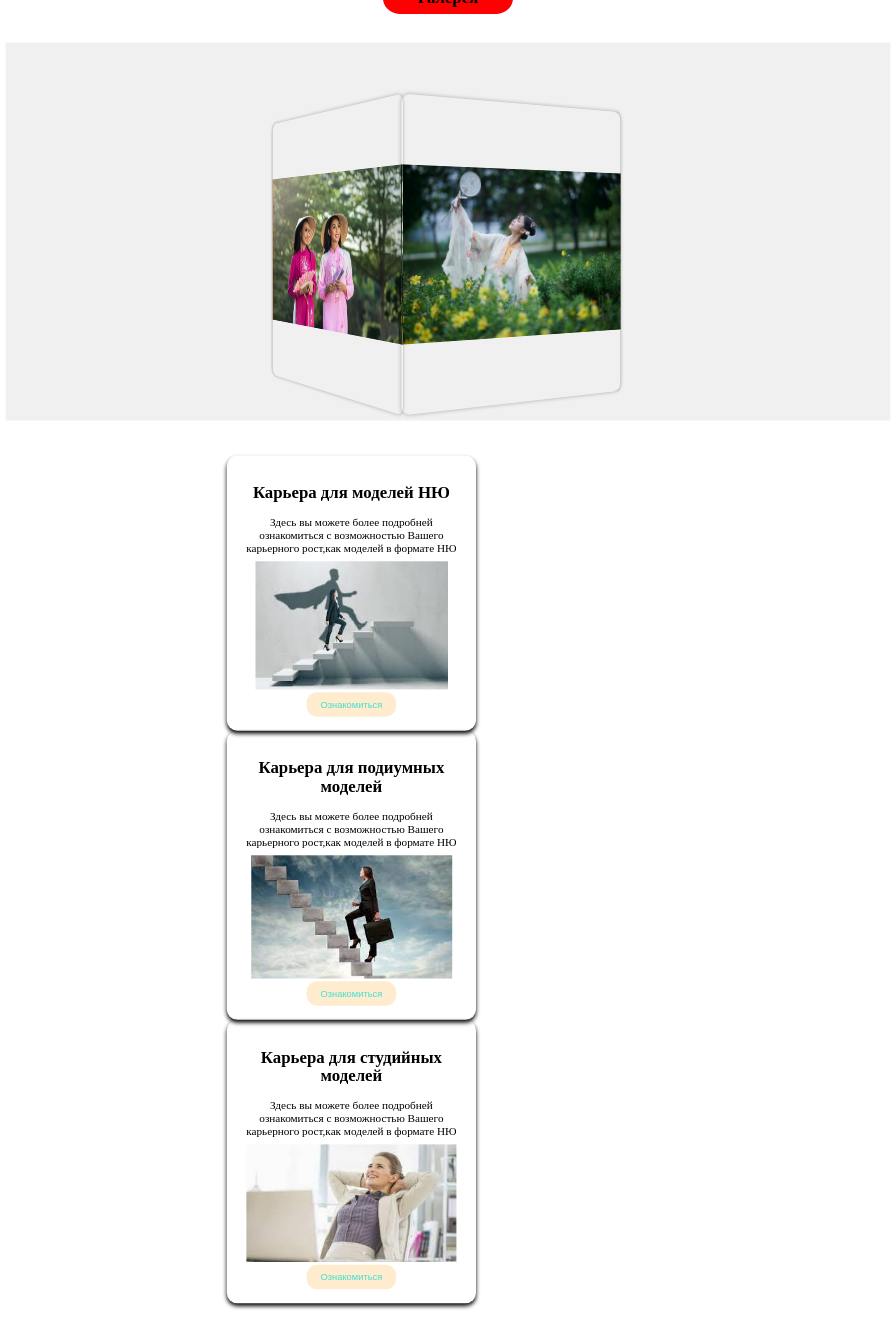
Repository: qtqqrdy13/model-studio
Page: index.html
These files come from the project's save history. The page is drawn as it stood at one moment and after the next save; the edit follows.
The browser window is 1280 px wide. The pictures show the part of the page from y = 1917 to 3837 px (the page is 3837 px tall before and 3757 px after), at 70% of full size.
A picture or video elsewhere on the page could not be fetched, so the positions and the page height are approximate.

Above is the page before, as saved 2023-09-01 13:56:20.

### index.html
<!DOCTYPE html>
<html lang="RU">

<head>
    <meta charset="UTF-8">
    <meta name="viewport" content="width=device-width, initial-scale=1.0">
    <title>model studio</title>
    <link rel="stylesheet" type="text/css" href="style.css">
</head>

<body>
    <header class="header">
        <div class="conteiner">
            <div class="header_inner">
                <div class="header_logo">
                    MS15
                </div>
                <nav class="nav">
                    <a class="nav_link" href="#">Про нас</a>
                    <a class="nav_link" href="#">Для моделей</a>
                    <a class="nav_link" href="#">Галерея</a>
                    <a class="nav_link" href="#">Карьера</a>
                    <a class="nav_link" href="#">Услуги</a>
                    <a class="nav_link" href="#">Контакты</a>
                </nav>
            </div>
        </div>
    </header>

    <div class="intro">
        <div class="intro__inner">
            <h2 class="intro_suptitle">
                Добро пожаловать!
            </h2>
            <h1 class="intro_title">
                На наш сайт
            </h1>
            <a class="button">
                Читать далее
            </a>
        </div>
        <img src="../java/img/ответственная-стильная-девушка-отдающая-приветствие-слушая-порядок-217387674.webp" alt="">

    </div>
    <div id="about_us">
        <div class="announcement">
            <h2 class="title">
                Про нас
            </h2>
        </div>
    </div>
    <div class="welcome_conteiner">
        <div class="text_content">
            <h1>
                МЫ СУПЕР НОВАЯ КРУТАЯ МОДЕЛЬНАЯ СТУДИЯ
            </h1>
            <p>
                Lorem ipsum dolor sit amet consectetur adipiscing elit mollis interdum, ac parturient magnis ultricies
                congue gravida nulla vivamus sem, purus maecenas id vestibulum odio aptent facilisis ante. Finibus mi
                enim porta tristique ipsum conubia viverra bibendum praesent, rhoncus pellentesque senectus vestibulum
                odio ornare curabitur feugiat nec dictum, montes nascetur fringilla netus efficitur himenaeos elementum
                facilisis. Amet purus commodo vel nullam vulputate non mi sagittis ac, malesuada vehicula varius
                phasellus tristique tempor ullamcorper facilisis, sem quisque morbi consequat curae imperdiet eros
                libero.
            </p>
            <a class="clicker" href="#">
                Читать дальше
            </a>
        </div>
        <div class="image_content">
            <img src="../ргн.png">
        </div>
    </div>
    <div id="for_models">
        <div class="announcement">
            <h2 class="title">
                Для моделей
            </h2>
        </div>
    </div>
    <div class="wrapper">
        <div class="block">
            <img src="../java/img/Без названия (1).jpg">
            <div class="information">
                <h1>
                    Хочу Вас познакомить с шикарными девушками которые готовы работать в формате nu.
                </h1>
                <p>
                    Тыкайте сюда.
                </p>
                <a href="#" class="btn">
                    Далее
                </a>
            </div>
        </div>
        <div class="block">
            <img src="../java/img/Без названия (2).jpg">
            <div class="information">
                <h1>
                    Хочу Вас познакомить с шикарными девушками которые готовы работать в формате nu.
                </h1>
                <p>
                    Тыкайте сюда.
                </p>
                <a href="#" class="btn">
                    Далее
                </a>
            </div>
        </div>
        <div class="block">
            <img src="../java/img/Без названия (3).jpg">
            <div class="information">
                <h1>
                    Хочу Вас познакомить с шикарными девушками которые готовы работать в формате nu.
                </h1>
                <p>
                    Тыкайте сюда.
                </p>
                <a href="#" class="btn">
                    Далее
                </a>
            </div>
        </div>
        <div class="block">
            <img src="../java/img/images.jpg">
            <div class="information">
                <h1>
                    Хочу Вас познакомить с шикарными девушками которые готовы работать в формате nu.
                </h1>
                <p>
                    Тыкайте сюда.
                </p>
                <a href="#" class="btn">
                    Далее
                </a>
            </div>
        </div>
        <div class="block">
            <img src="../java/img/images (1).jpg">
            <div class="information">
                <h1>
                    Хочу Вас познакомить с шикарными девушками которые готовы работать в формате nu.
                </h1>
                <p>
                    Тыкайте сюда.
                </p>
                <a href="#" class="btn">
                    Далее
                </a>
            </div>
        </div>
        <div class="block">
            <img src="../java/img/images (2).jpg">
            <div class="information">
                <h1>
                    Хочу Вас познакомить с шикарными девушками которые готовы работать в формате nu.
                </h1>
                <p>
                    Тыкайте сюда.
                </p>
                <a href="#" class="btn">
                    Далее
                </a>
            </div>
        </div>
    </div>
    <div id="gallery">
        <div class="announcement">
            <h2 class="title">
                Галерея
            </h2>
        </div>
    </div>
    <div class="carusel-conteiner">
        <div class="carusel">
            <div class="slide">
                <img src="../java/img/q.webp">
            </div>
            <div class="slide">
                <img src="../java/img/w.jpg">
            </div>
            <div class="slide">
                <img src="../java/img/e.jpg">
            </div>
            <div class="slide">
                <img src="../java/img/r.jpg">
            </div>
            <div class="slide">
                <img src="../java/img/t.jpg">
            </div>
        </div>
    </div>
    </div>

    <div class="suction">

        <div class="category">
            <h2>
                Карьера для моделей НЮ
            </h2>
            <p>
                Здесь вы можете более подробней ознакомиться с возможностью Вашего карьерного рост,как моделей в формате
                НЮ
            </p>
            <img src="../java/img/kariera2.jpg" alt="image1">
            <button class="baton">
                Ознакомиться
            </button>
        </div>
        <div class="category">
            <h2>
                Карьера для подиумных моделей
            </h2>
            <p>
                Здесь вы можете более подробней ознакомиться с возможностью Вашего карьерного рост,как моделей в формате
                НЮ
            </p>
            <img src="../java/img/kariera.jpg" alt="image2">
            <button class="baton">
                Ознакомиться
            </button>
        </div>
        <div class="category">
            <h2>
                Карьера для студийных моделей
            </h2>
            <p>
                Здесь вы можете более подробней ознакомиться с возможностью Вашего карьерного рост,как моделей в формате
                НЮ
            </p>
            <img src="../java/img/kariera3.jpg" alt="image3">
            <button class="baton">
                Ознакомиться
            </button>
        </div>
    </div>
</body>

</html>

### style.css
.header {
    background-color: burlywood;
    color: black;
    padding: 5px;
}

.conteiner {
    max-width: 1200px;
    margin: 0 auto;
}

.header_inner {
    display: flex;
    justify-content: space-between;
    align-items: center;
}

.header_logo {
    font-size: 24px;
    font-weight: bold;
}

.nav {
    display: flex;
}

.nav_link {
    margin-left: 30px;
    text-decoration: none;
    color: black;
    transition: color 0.3s ease;
    align-items: flex-end;
    justify-content: space-between;
}

.nav_link:hover {
    color: crimson;
    font-size: 20px;

}

.nav_link::before {
    position: absolute;
    width: 100%;
    background-color: deeppink;
    transform: scaleX(0);
    transition: transform 0.3s ease;

}

.nav.link:hover::before {
    transform: scaleX(1);
}

.announcement {
    height: 3px;
    background-color: darkmagenta;
    display: flex;
    justify-content: center;
    align-items: center;
    margin: 2% 2%;
}

.title {
    animation-name: fade-in;
    animation-duration: 0.3s;
    text-align: center;
    text-decoration: none;
    color: black;
    background-color: red;
    border-radius: 30px;
    padding: 10px 50px;
}

.title:hover {
    background-color: cadetblue;
    color: coral;
    font-size: 24px;
}

@keyframes fade-in {
    from {
        opacity: 0;
    }

    to {
        opacity: 1;
    }
}

.intro {
    position: relative;
    width: 100%;
    height: auto;
    display: flex;
    align-items: center;
    justify-content: center;
    overflow: hidden;



}

.intro img {
    width: 100%;
    height: auto;
    top: 0;
    left: 0;
    animation: fade-in 1s ease-in-out;
    z-index: -1;
    position: relative;
    display: inline-block;

}

.intro__inner {
    text-align: center;
    z-index: 1;
    position: absolute;
    top: 50%;
    left: 50%;
    transform: translate(-50% -50%);



}

.intro_suptitle {
    font-size: 24px;
    color: aqua;
    margin-bottom: 20px;

}

.intro_title {
    font-size: 18px;
    color: blanchedalmond;
    margin-bottom: 20px;
}

.button {
    display: inline-block;
    padding: 10px 18px;
    background-color: azure;
    color: fuchsia;
    font-size: 16px;
    text-decoration: none;
    border-radius: 5px;
}

.button:hover {
    background-color: antiquewhite;
    color: beige;
    font-size: 24px;
}

@keyframes fade-in {
    from {
        opacity: 0;
    }

    to {
        opacity: 1;
    }

}

.wrapper {
    display: flex;
    flex-wrap: wrap;
    justify-content: space-evenly;
    margin-top: 5%;

}

.block {
    width: calc(30.33% - 20px);
    margin: 10px;
    position: relative;
    overflow: hidden;
    border-radius: 10px;
    box-shadow: 0 0 5px black;



}

.block:hover {
    box-shadow: 0 0 10px black;
    transform: scale(0.9);
}

.block:hover img {
    transform: scale(1.1);
}

.block img {
    width: 100%;
    height: auto;
    object-fit: cover;

}

.information {
    position: absolute;
    bottom: 0;
    left: 0;
    width: 100%;
    padding: 15px;
    background-color: grey;
    color: red;
    opacity: 0;
    transition: opacity 0.3s ease-in-out;
}

.information h1,
p {
    margin: 0;
    padding: 0;
}

.block:hover .information {
    opacity: 1;
}

.btn {
    display: inline-block;
    padding: 10px 20px;
    background-color: brown;
    color: navy;
    text-decoration: none;
    border-radius: 15px;
    margin-top: 5px;
}

.btn:hover {
    background-color: green;
    color: pink;

}

.carusel-conteiner {
    perspective: 1000px;
    display: flex;
    justify-content: center;
    align-items: center;
    height: 75vh;
    background-color: #f0f0f0;
    margin-top: 5%;
}

.carusel {
    width: 300px;
    height: 300px;
    position: relative;
    margin: auto;
    transform-style: preserve-3d;
    animation: rotate 15s infinite linear;
    transform: translateZ(-200px);
}

.slide {
    width: 293px;
    height: 350px;
    position: absolute;
    display: flex;
    justify-content: center;
    align-items: center;
    background-color: #f0f0f0;
    box-shadow: 0px 0px 5px rgba(0, 0, 0, 0.3);
    transform-origin: center center;
    border-radius: 10px;
}

.slide img {
    max-width: 100%;
    max-height: 100%;

}

.slide:nth-child(1) {
    transform: rotateY(0deg) translateZ(200px);
}

.slide:nth-child(2) {
    transform: rotateY(72deg) translateZ(200px);
}

.slide:nth-child(3) {
    transform: rotateY(144deg) translateZ(200px);
}

.slide:nth-child(4) {
    transform: rotateY(216deg) translateZ(200px);
}

.slide:nth-child(5) {
    transform: rotateY(288deg) translateZ(200px);
}

@keyframes rotate {

    0%,
    100% {
        transform: rotateY(0deg);
    }

    20% {
        transform: rotateY(-72deg);
    }

    40% {
        transform: rotateY(-144deg);
    }

    60% {
        transform: rotateY(-216deg);
    }

    80% {
        transform: rotateY(-288deg);
    }
}

.welcome_conteiner {
    display: flex;
    align-items: center;
    justify-content: space-between;
    max-width: 1200px;
    margin: 0 auto;
    padding: 50px;
    background-color: bisque;
    box-shadow: 0px 3px 10px black;
    font-family: 'Gill Sans', 'Gill Sans MT', Calibri, 'Trebuchet MS', sans-serif;
}

.text-content {
    flex: 1;
    padding: 20px;
}

.text-content h1 {
    font-size: 36px;
    margin-bottom: 10px;
}

.text-content p {
    font-size: 18px;
    color: darkblue;
    margin-bottom: 20px;
}

.clicker {
    display: inline-block;
    padding: 10px 20px;
    background-color: navy;
    border-radius: 5px;
    color: gold;
    text-decoration: none;
    transition: background-color 0.3s ease;
    margin-top: 20px;
}

.clicker:hover {
    background-color: gold;
    color: navy;
}

.image_content {
    max-width: 100%;
    height: auto;
    animation: floatAnimation 0.3s infinite;
}

@keyframes floatAnimation {

    0%,
    100% {
        transform: translateY(0);
    }

    50% {
        transform: translateY(-10px);
    }

}

@media (max-width:768px) {
    .welcome_conteiner {
        flex-direction: column;
        text-align: center;
    }

    .image_content {
        margin-top: 20px;
    }
}

.category {
    width: 50%;
    padding: 20px;
    margin: o auto 20px;
    border-radius: 15px;
    box-shadow: 0 4px 6px black;
    transition: transform 0.2s, box-shadow 0.2s;

}

.category:hover {
    transform: translateY(-5px);
    box-shadow: 0 6px 8px black;
}

.category img {
    max-width: 100%;
    height: auto;
    margin-top: 10px;
}

.baton {
    display: inline-block;
    background-color: blanchedalmond;
    color: turquoise;
    border-radius: 15px;
    padding: 10px 20px;
    border: none;
    cursor: pointer;
}

.baton:hover {
    background-color: turquoise;
    color: blanchedalmond;

}

.suction {
    text-align: center;
    padding: 50px;
    max-width: 800px;
    width: 50%;
    margin:0 auto;



}

After the next save:
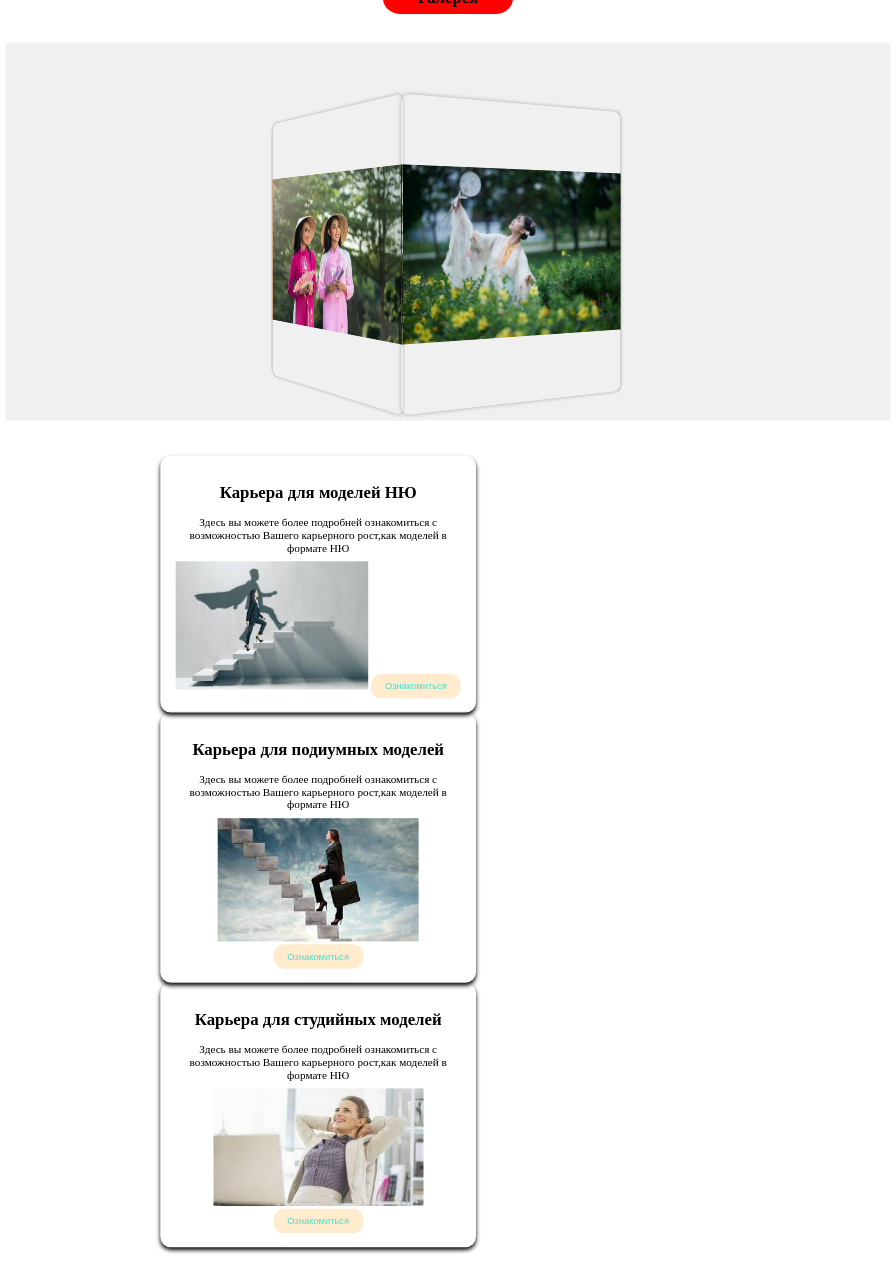
Saved 32 s later.
--- a/style.css
+++ b/style.css
@@ -436,10 +436,11 @@ p {
 .suction {
     text-align: center;
     padding: 50px;
-    max-width: 800px;
-    width: 50%;
+    max-width: 1000px;
+    width: 65%;
     margin:0 auto;
 
 
 
-}
+
+}
